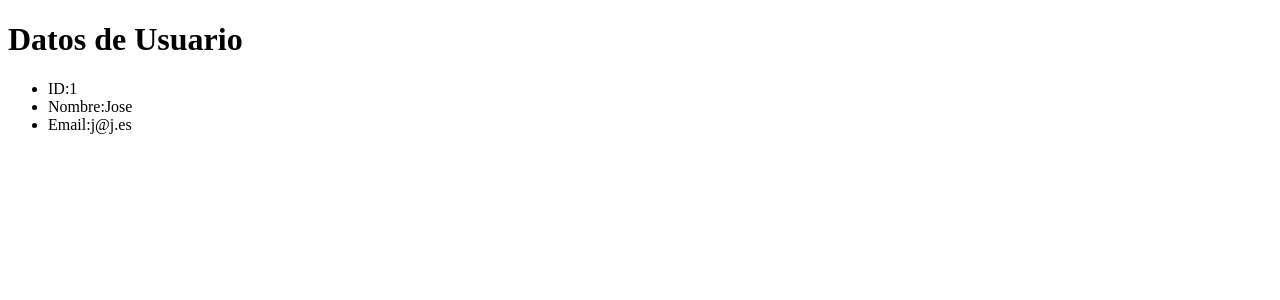
Repository: LazaroRicardo/WORKSPACE
Page: http://localhost/ProyectoMVC/usuario
These files come from the project's save history. The page is drawn as it stood at one moment and after the next save; the edit follows.
The browser window is 1280 px wide. The pictures show the whole page.
The page is served by Tomcat 9.

Above is the page before, as saved 2018-11-12 13:39:23.

### javaweb/ProyectoMVC/WebContent/usuario.jsp
<%@page import="com.ricardo.modelos.Usuario"%>
<%@ page language="java" contentType="text/html; charset=UTF-8"
    pageEncoding="UTF-8"%>

<%
	Usuario elUsuario = (Usuario)request.getAttribute("elUsuario");
%>

<!DOCTYPE html>
<html>
<head>
<meta charset="UTF-8">
<title>Usuario</title>
</head>
<body>
	<h1>Datos de Usuario</h1>
	<ul>
		<li>ID:${elUsuario.id}</li>
		<li>Nombre:${elUsuario.name}</li>
		<li>Email:${elUsuario.email}</li>
	</ul>
</body>
</html>

### javaweb/ProyectoMVC/src/com/ricardo/controlers/UsuarioServlet.java
package com.ricardo.controlers;
//controlador:
import java.io.IOException;
import javax.servlet.ServletException;
import javax.servlet.annotation.WebServlet;
import javax.servlet.http.HttpServlet;
import javax.servlet.http.HttpServletRequest;
import javax.servlet.http.HttpServletResponse;

import com.ricardo.modelos.Usuario;

//anotación: metodo para modificar un comportamiento de una misma clase, esta dice cual es la ruta de escucha de este servlet:
// no puede haber 2 servlet con la misma ruta.
@WebServlet("/usuario")
public class UsuarioServlet extends HttpServlet {
	private static final long serialVersionUID = 1L;

	protected void doGet(HttpServletRequest request, HttpServletResponse response)
			throws ServletException, IOException {

		Usuario pepe=new Usuario(1, "Jose", "j@j.es",121);

		request.setAttribute("elUsuario", pepe);
		//dispacher=despachador, que el jsp devuelva la respuesta. El forward pasa la respuesta a jsp.
		request.getRequestDispatcher("./usuario.jsp").forward(request, response);
	}

	protected void doPost(HttpServletRequest request, HttpServletResponse response)
			throws ServletException, IOException {
		doGet(request, response);
	}

}

### javaweb/ProyectoMVC/src/com/ricardo/modelos/Usuario.java
package com.ricardo.modelos;
//modelo de MVC:
public class Usuario {

	private int id;
	private String name;
	private String email;
	private int hid;

	public Usuario(int id, String name, String email, int hid) {
		this.id = id;
		this.name = name;
		this.email = email;
		this.hid = hid;
	}

	public int getId() {
		return id;
	}

	public void setId(int id) {
		this.id = id;
	}

	public String getName() {
		return name;
	}

	public void setName(String name) {
		this.name = name;
	}

	public String getEmail() {
		return email;
	}

	public void setEmail(String email) {
		this.email = email;
	}

	public int getHid() {
		return hid;
	}



}

After the next save:
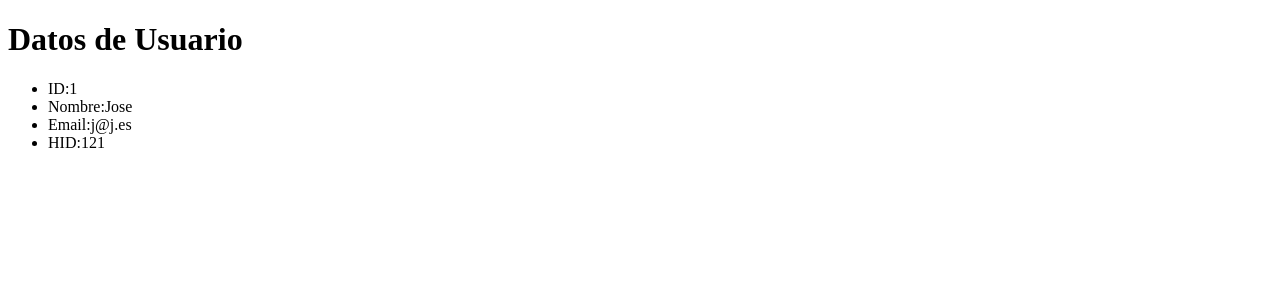
Saved 67 s later.
--- a/javaweb/ProyectoMVC/WebContent/usuario.jsp
+++ b/javaweb/ProyectoMVC/WebContent/usuario.jsp
@@ -18,6 +18,7 @@
 		<li>ID:${elUsuario.id}</li>
 		<li>Nombre:${elUsuario.name}</li>
 		<li>Email:${elUsuario.email}</li>
+		<li>HID:${elUsuario.hid}</li>
 	</ul>
 </body>
 </html>
